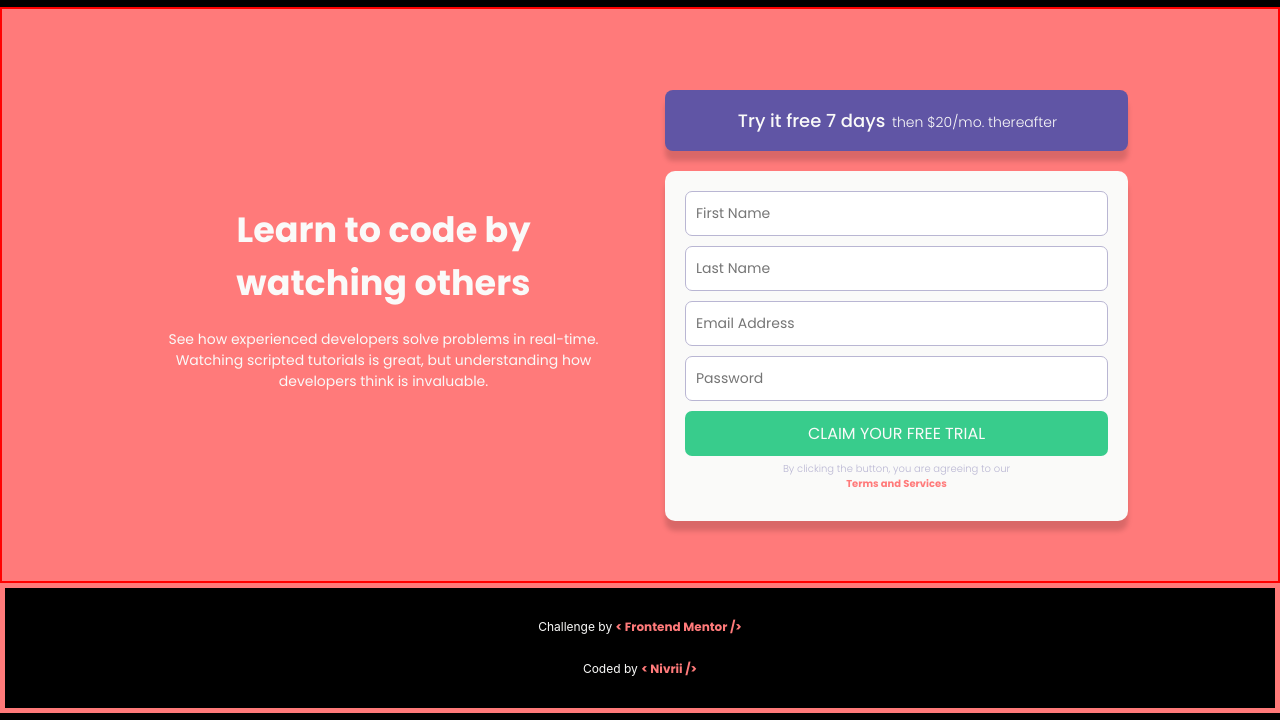
Repository: nivrii/intro-component-with-signup
Page: /
The author's editor kept a copy of each file at every save. The page is drawn from the files as they stood at one save, then again after the next save.
The browser window is 1280 px wide. The pictures show the whole page.
The project was rebuilt for these pictures with package versions that can differ from the ones it lists, and the page was loaded fresh each time. Also part of the build but not shown: vite.config.js.

Above is the page before, as saved 2023-10-20 20:56:28.

After the next save:
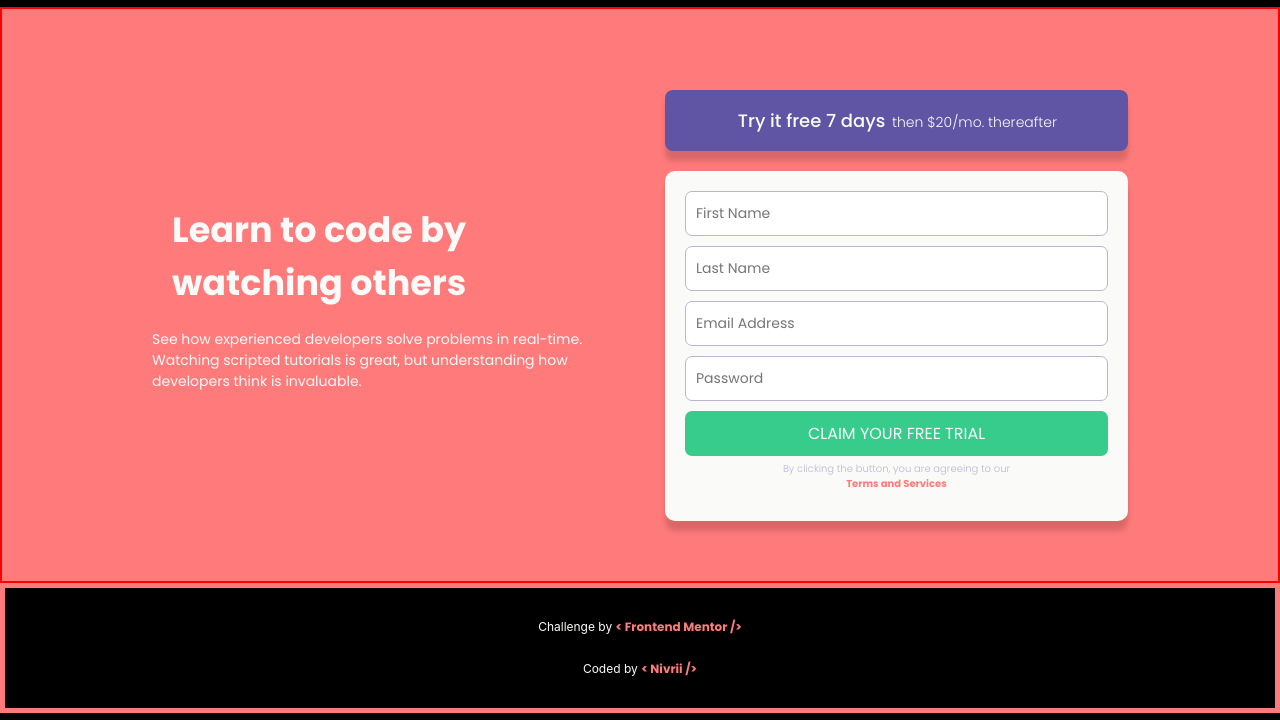
Saved 38 s later.
--- a/src/App.css
+++ b/src/App.css
@@ -64,10 +64,12 @@ body {
     grid-template-columns: repeat(2, 1fr);
     padding: 20px 150px;
     gap: 50px;
-    border:2px solid red;
-    & .content{
-      text-align: left;
-      & h4{
+    border: 2px solid red;
+    & .content {
+      & * {
+        text-align: left;
+      }
+      & h4 {
         font-size: 35px;
       }
     }
